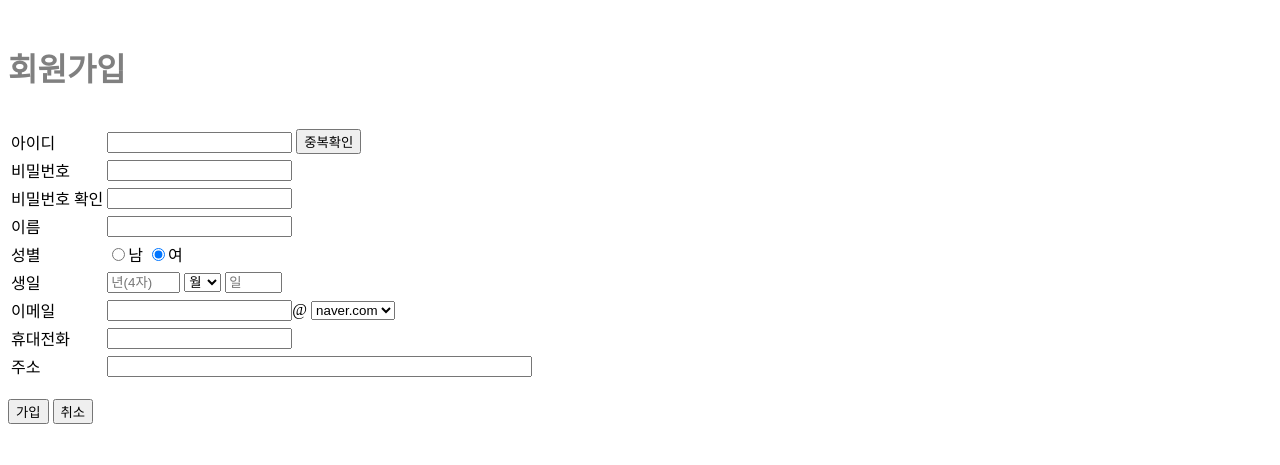
Repository: yoojisoo/YONSAI
Page: http://localhost/teatJava/html/join.jsp
The author's editor kept a copy of each file at every save. The page is drawn from the files as they stood at one save, then again after the next save.
The browser window is 1280 px wide. The pictures show the whole page.
The page is served by Tomcat 9.

Above is the page before, as saved 2021-08-20 06:40:40.

### jsworkspace/teatJava/src/main/webapp/html/join.jsp
<%@ page language="java" contentType="text/html; charset=UTF-8"
    pageEncoding="UTF-8"%>
<!DOCTYPE html>
<html>
<head>
<meta charset="UTF-8">
<title>회원가입</title>
<script src="../js/jquery-3.6.0.js"></script> <!--제이쿼리라이브러리-->
<script>
	$(document).ready(function(){
	        $("#join").css({

	        })
	});

</script>
</head>
<body>
    <div id="join">
        <br><br>
        <b><font size="6" color="gray">회원가입</font></b>
        <br><br><br>

        <form>
            <table>
                <tr>
                    <td id="title">아이디</td>
                    <td>
                        <input type="text" name="id" maxlength="20">
                        <input type="button" value="중복확인" >
                    </td>
                </tr>

                <tr>
                    <td id="title">비밀번호</td>
                    <td>
                        <input type="password" name="password" maxlength="15">
                    </td>
                </tr>

                <tr>
                    <td id="title">비밀번호 확인</td>
                    <td>
                        <input type="password" name="password" maxlength="15">
                    </td>
                </tr>

                <tr>
                    <td id="title">이름</td>
                    <td>
                        <input type="text" name="name" maxlength="40">
                    </td>
                </tr>

                <tr>
                    <td id="title">성별</td>
                    <td>
                        <input type="radio" name="gender" value="남" checked>남
                        <input type="radio" name="gender" value="여" checked>여
                    </td>
                </tr>

                <tr>
                    <td id="title">생일</td>
                    <td>
                        <input type="text" name="birth_yy" maxlength="4" placeholder="년(4자)" size="6" >
                        <select name="birth_mm">
                            <option value="">월</option>
                            <option value="01" >1</option>
                            <option value="02" >2</option>
                            <option value="03" >3</option>
                            <option value="04" >4</option>
                            <option value="05" >5</option>
                            <option value="06" >6</option>
                            <option value="07" >7</option>
                            <option value="08" >8</option>
                            <option value="09" >9</option>
                            <option value="10" >10</option>
                            <option value="11" >11</option>
                            <option value="12" >12</option>
                        </select>
                        <input type="text" name="birth_dd" maxlength="2" placeholder="일" size="4" >
                    </td>
                </tr>

                <tr>
                    <td id="title">이메일</td>
                    <td>
                        <input type="text" name="email_1" maxlength="30">@
                        <select name="email_2">
                            <option>naver.com</option>
                            <option>daum.net</option>
                            <option>gmail.com</option>
                            <option>nate.com</option>
                        </select>
                    </td>
                </tr>

                <tr>
                    <td id="title">휴대전화</td>
                    <td>
                        <input type="text" name="phone" />
                    </td>
                </tr>
                <tr>
                    <td id="title">주소</td>
                    <td>
                        <input type="text" size="50" name="address"/>
                    </td>
                </tr>
            </table>
            <br>
            <input type="submit" value="가입"/>  <input type="button" value="취소">
        </form>
    </div>
</body>
</html>



</body>
</html>

Loaded but not shown: jsworkspace/teatJava/src/main/webapp/js/jquery-3.6.0.js (library)

After the next save:
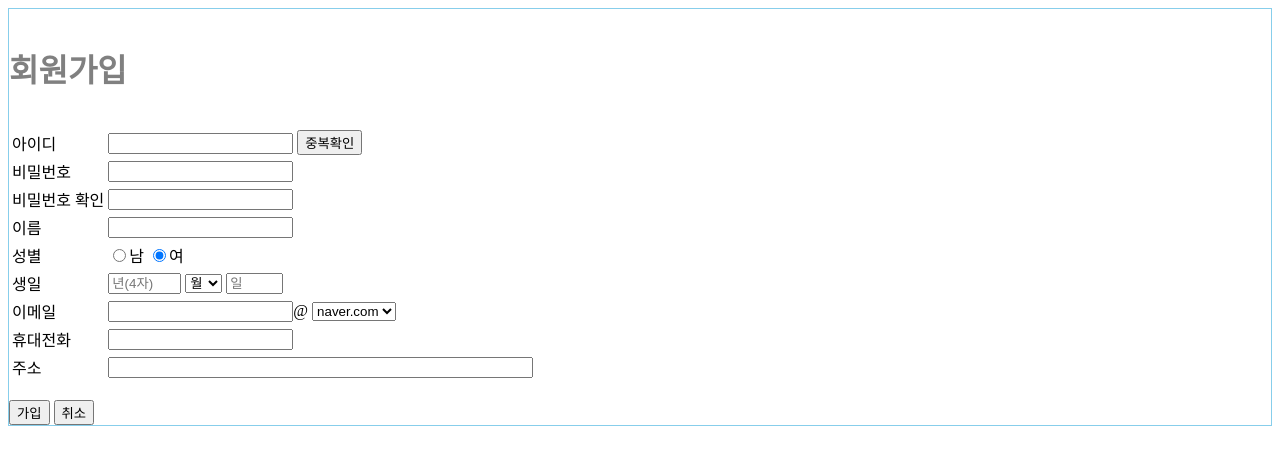
Saved 37 s later.
--- a/jsworkspace/teatJava/src/main/webapp/html/join.jsp
+++ b/jsworkspace/teatJava/src/main/webapp/html/join.jsp
@@ -9,6 +9,7 @@
 <script>
 	$(document).ready(function(){
 	        $("#join").css({
+	        	"border":"1px solid skyblue"
 
 	        })
 	});
